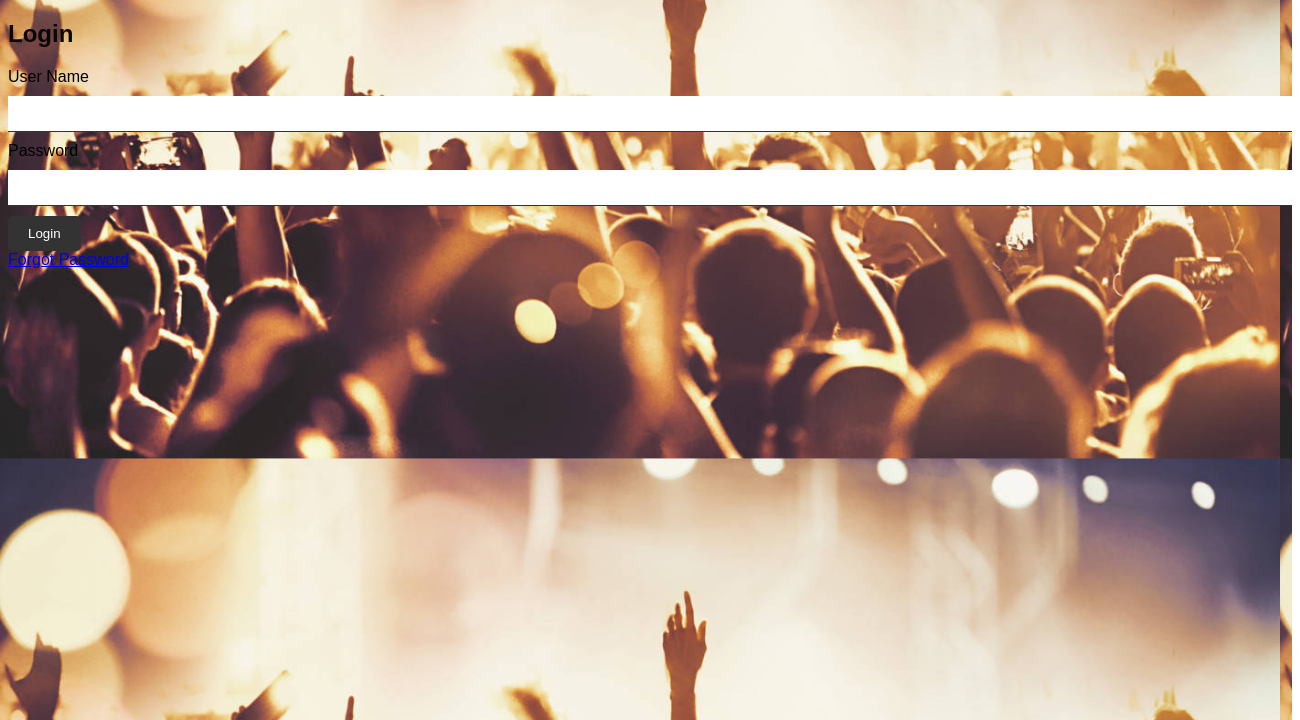
Repository: Dulankayapa/2ndyearoopprojrct
Page: http://localhost/feedback/login.jsp
An editor plug-in stored every save of this project. The page is shown before and after the next save, followed by the edit.
The browser window is 1280 px wide. The page is 1292 px wide, then 1300 px, so the pictures cover 1300 px, including what lies to the right of the window. The pictures show the whole page.
The page is served by Tomcat 9.

Above is the page before, as saved 2023-10-23 03:12:33.

After the next save:
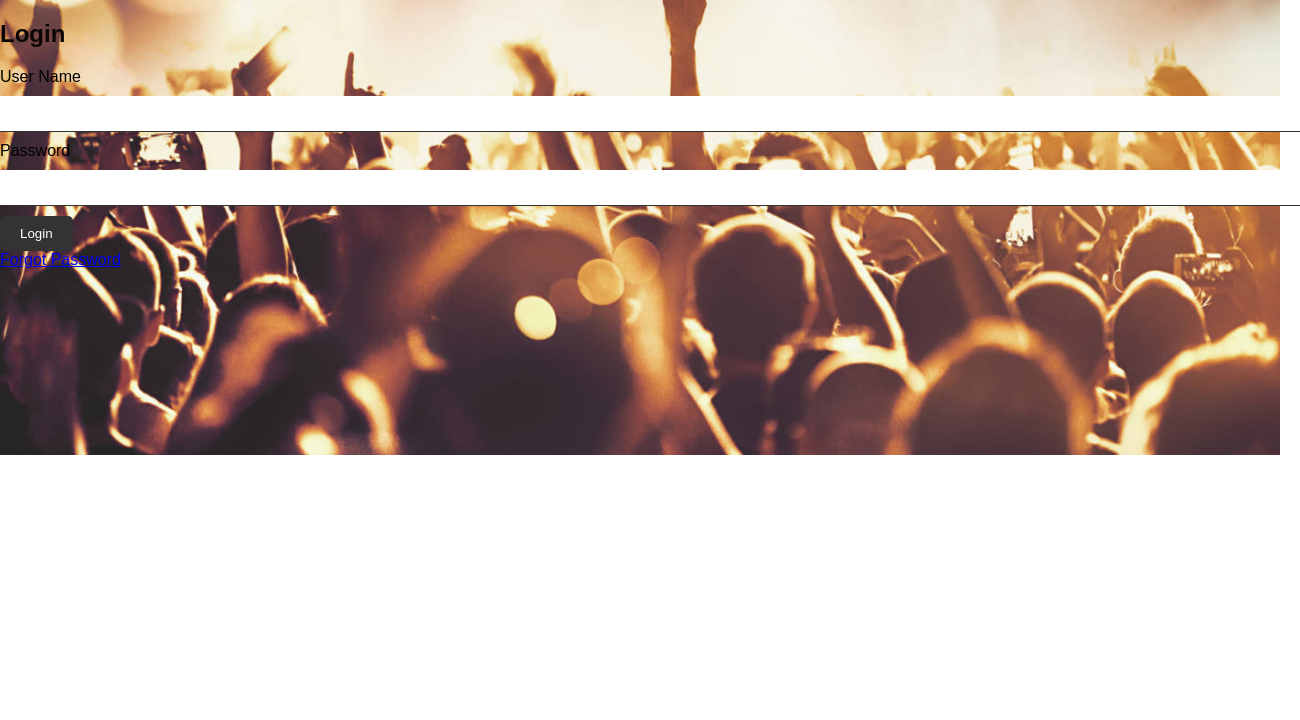
Saved 53 s later.
--- a/feedback/src/main/webapp/login.jsp
+++ b/feedback/src/main/webapp/login.jsp
@@ -8,8 +8,9 @@
              background-image: url("Case-Event-economics.jpg");
     background-size: cover;
     background-position: center;
-
+    background-repeat: no-repeat;
             font-family: Arial, sans-serif;
+             margin: 0;
         }
 
         .login-container {
@@ -18,8 +19,8 @@
             text-align: center;
             padding: 20px;
             width: 300px;
-            margin: 0 auto;
-            margin-top: 100px;
+
+            margin: 100px;
         }
 
         h2 {
